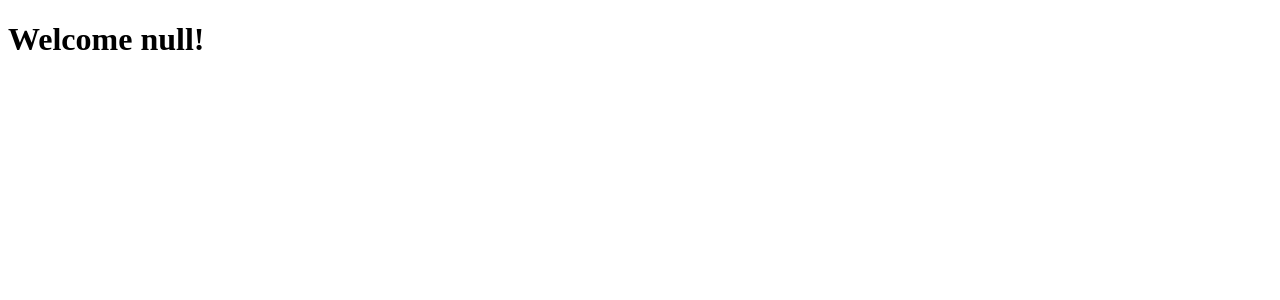
Repository: deepakkthakur/java
Page: http://localhost/GetPostDemo/dashboard.jsp
The author's editor kept a copy of each file at every save. The page is drawn from the files as they stood at one save, then again after the next save.
The browser window is 1280 px wide. The pictures show the whole page.
The page is served by Tomcat 10. Other server files are loaded and not shown.

Above is the page before, as saved 2024-04-10 11:51:44.

### GetPostDemo/src/main/webapp/dashboard.jsp
<%@ page language="java" contentType="text/html; charset=ISO-8859-1"
    pageEncoding="ISO-8859-1"%>
<!DOCTYPE html>
<html>
<head>
<meta charset="ISO-8859-1">
<title>Insert title here</title>
</head>
<body>
<% String user = (String) session.getAttribute("user"); %>
<%-- <% String user1 = (String) request.getAttribute("user"); %> --%>
	<h1>Welcome  <%= user %>!</h1>
</body>
</html>

After the next save:
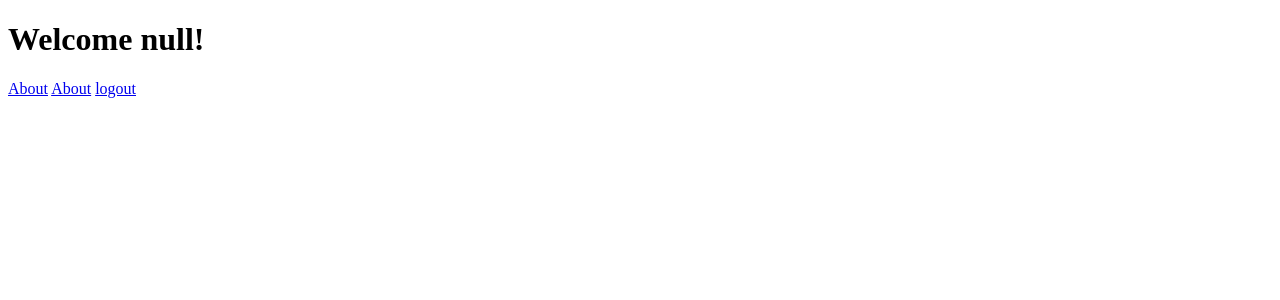
Saved 104 s later.
--- a/GetPostDemo/src/main/webapp/dashboard.jsp
+++ b/GetPostDemo/src/main/webapp/dashboard.jsp
@@ -10,5 +10,8 @@
 <% String user = (String) session.getAttribute("user"); %>
 <%-- <% String user1 = (String) request.getAttribute("user"); %> --%>
 	<h1>Welcome  <%= user %>!</h1>
+	<a href="/about">About</a>
+	<a href="/profile">About</a>
+	<a href="/logout">logout</a>
 </body>
 </html>
